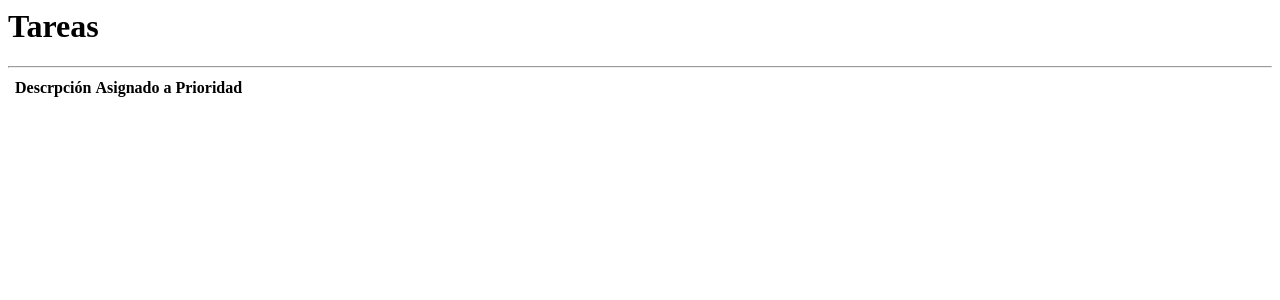
Repository: jhonatan810/waAdministradirdeTareas
Page: AdministradordeTareas/WebContent/paginas/tareas.html
An editor plug-in stored every save of this project. The page is shown before and after the next save, followed by the edit.
The browser window is 1280 px wide. The pictures show the whole page.

Above is the page before, as saved 2016-10-28 22:14:10.

### AdministradordeTareas/WebContent/paginas/tareas.html
<h1>Tareas</h1>

<hr>

<div class="table-responsive">
	<table class="table table-hover">
		<thead>
			<th></th>
			<th>
				Descrpci&oacute;n
			</th>
			<th>
				Asignado a
			</th>
			<th class="text-right">
				Prioridad
			</th>
		</thead>
	</table>
</div>

After the next save:
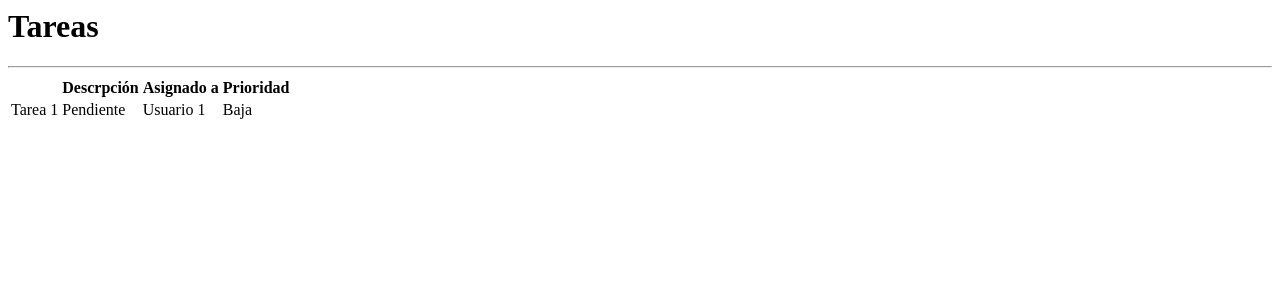
Saved 2 min 2 s later.
--- a/AdministradordeTareas/WebContent/paginas/tareas.html
+++ b/AdministradordeTareas/WebContent/paginas/tareas.html
@@ -16,5 +16,15 @@
 				Prioridad
 			</th>
 		</thead>
+		<tbody>
+			<tr>
+			<td>Tarea 1</td>
+			<td>Pendiente</td>
+			<td>Usuario 1</td>
+			<td>Baja</td>
+			<td></td>
+
+			</tr>
+		</tbody>
 	</table>
 </div>
